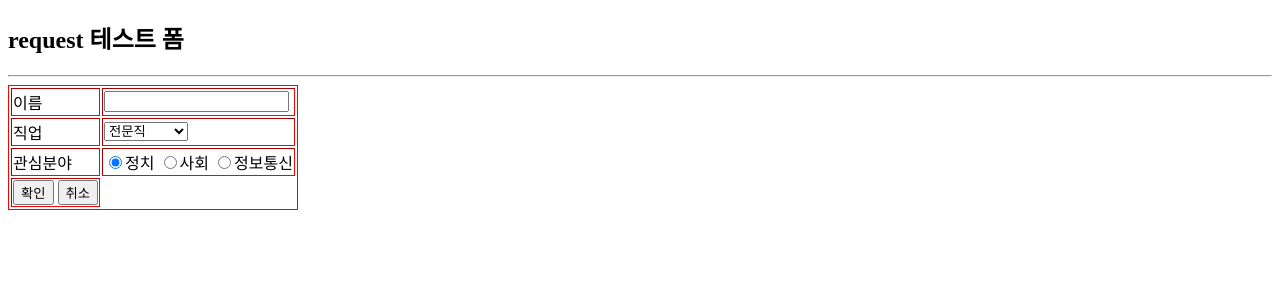
Repository: jemin7709/InternetProgramming2
Page: Pj/WebContent/request_test.html
The author's editor kept a copy of each file at every save. The page is drawn from the files as they stood at one save, then again after the next save.
The browser window is 1280 px wide. The pictures show the whole page.

Above is the page before, as saved 2021-05-13 13:53:23.

### Pj/WebContent/request_test.html
<!DOCTYPE html>
<html>
<head>
<meta charset="UTF-8">
<title>Insert title here</title>
</head>
<body>
<h2>request 테스트 폼</h2>
<hr>
<form method="post" action="request_test.jsp">
<table border="1" style="border: 1px solid red;">
		<tr>
			<td>이름</td>
			<td><input type="text" name="name"></td>
		</tr>
		<tr>
			<td>직업</td>
			<td><select name="job">
				<option value="전문직" selected="selected">전문직</option>
				<option value="계약직">계약직</option>
				<option value="아르바이트">아르바이트</option>
			</select></td>
		</tr>
		<tr>
			<td>관심분야</td>
			<td>
				<input type="radio" name="category" value="정치" checked="checked">정치
				<input type="radio" name="category" value="사회">사회
				<input type="radio" name="category" value="정보통신">정보통신
			</td>
		</tr>
		<tr>
			<td>
				<input type="submit" value="확인">
				<input type="reset" value="취소">
			</td>
		</tr>
</table>
</form>
</body>
</html>

After the next save:
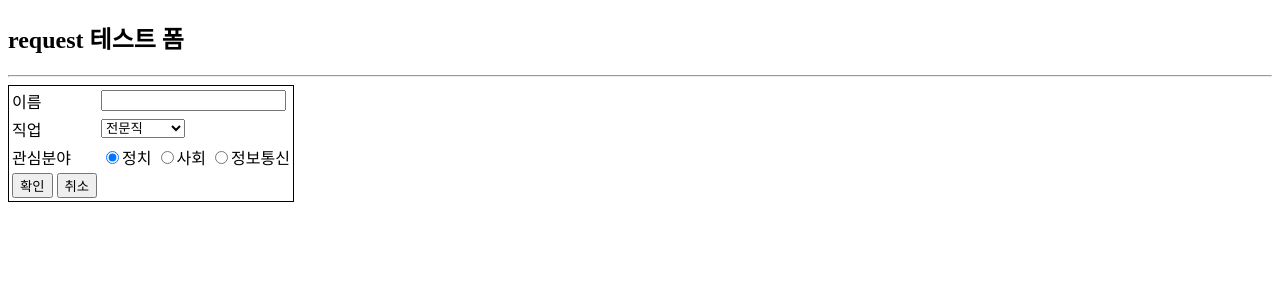
Saved 99 s later.
--- a/Pj/WebContent/request_test.html
+++ b/Pj/WebContent/request_test.html
@@ -3,12 +3,17 @@
 <head>
 <meta charset="UTF-8">
 <title>Insert title here</title>
+<style type="text/css">
+	.tab{
+		border: 1px solid black;
+	}
+</style>
 </head>
 <body>
 <h2>request 테스트 폼</h2>
 <hr>
 <form method="post" action="request_test.jsp">
-<table border="1" style="border: 1px solid red;">
+<table class="tab">
 		<tr>
 			<td>이름</td>
 			<td><input type="text" name="name"></td>
